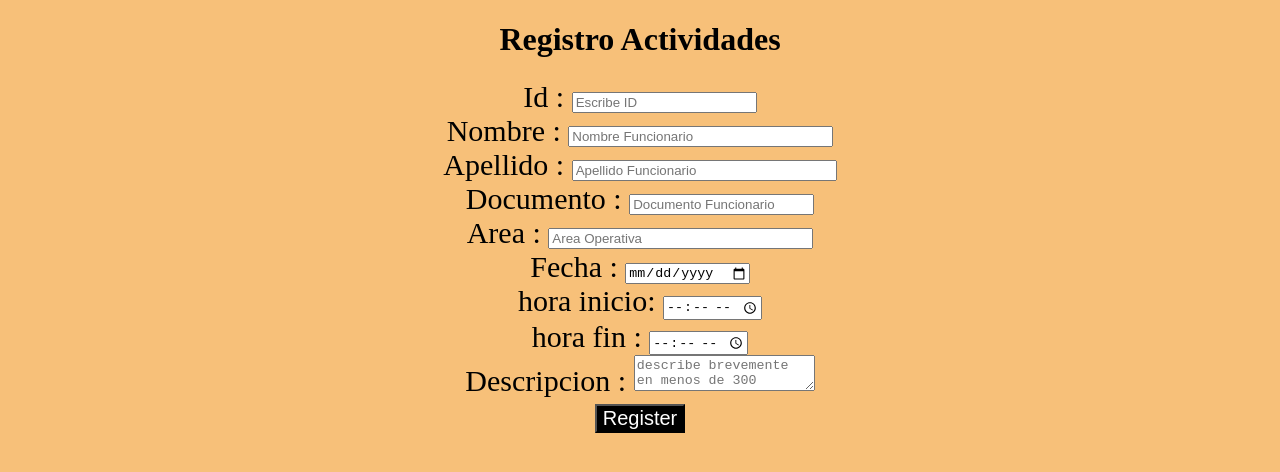
Repository: Yale2024/repo-registro-act
Page: templates/register.html
An editor plug-in stored every save of this project. The page is shown before and after the next save, followed by the edit.
The browser window is 1280 px wide. The pictures show the whole page.

Above is the page before, as saved 2024-09-15 07:29:22.

### templates/register.html
<!DOCTYPE html>
<html lang="en">

<head>
    <meta charset="UTF-8">
    <meta name="viewport" content="width=device-width, initial-scale=1.0">
    <link rel="stylesheet" href="static/css/styleRegister.css">
    <script src="static/js/appRegister.js"></script>
    <title>Web App</title>
</head>
<body></body>
    <h1><center>Registro Actividades</center></h1>
    <form action="/register_user" method="POST">
    <!-- <form method="POST"> -->
        <label for="id">Id       :</label>
        <input type="number"  size="30" name="id" id="Id" placeholder="Escribe ID" required /> <br>
        <label for="nombre">Nombre    :</label>
        <input type="text" size="30" name="nombre" id="nombre" placeholder="Nombre Funcionario" required /> <br>
        <label for="apellido">Apellido  :</label>
        <input type="text" size="30" name="apellido" id="apellido" placeholder="Apellido Funcionario" required /> <br>
        <label for="documento">Documento  :</label>
        <input type="number" size="30" name="documento" id="documento" placeholder="Documento Funcionario" required /> <br>
        <label for="are">Area      :</label>
        <input type ="text" size="30" name="area" id="area" placeholder="Area Operativa" required /> <br>
        <label for="fecha">Fecha     :</label>
        <input type ="date" size="30" name="fecha" id="fecha" placeholder="AAAA-MM-DD" required /> <br>
        <label for="horai">hora inicio:</label>
        <input type ="time" size="30" name="horai" id="horai" placeholder="hh:mm" required /> <br>
        <label for="horaf">hora fin  :</label>
        <input type ="time" size="30" name="horaf" id="horaf" placeholder="hh:mm" required /> <br>
        <label for="mensaje">Descripcion   :</label>
        <textarea name="descripcion" size="300" for="descripcion" placeholder="describe brevemente en menos de 300 carácteres" maxlength="300"></textarea> <br>
        <button>Register</button>
        <!-- <button onclick="register_user()">Register</button> -->
        <!-- <input type="submit" name="enviar" value="enviar datos"/> -->
    </form>
</body>

### static/css/styleRegister.css
form{
    text-align: center;
    font-size: 30px;
}

body{
    background-color: #f7bb6dea;
}

button{
    background-color: black;
    color: white;
    font-size:  20px;
}

### static/js/appRegister.js
function register_user() {
    location.href= '/register_user'
}

After the next save:
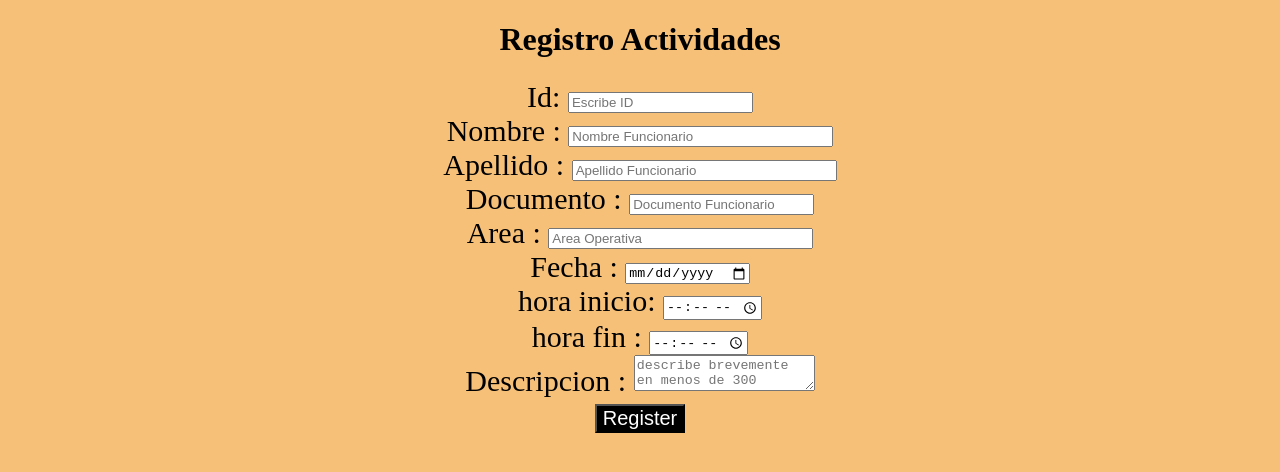
Saved 48 s later.
--- a/templates/register.html
+++ b/templates/register.html
@@ -12,7 +12,7 @@
     <h1><center>Registro Actividades</center></h1>
     <form action="/register_user" method="POST">
     <!-- <form method="POST"> -->
-        <label for="id">Id       :</label>
+        <label for="id">Id:</label>
         <input type="number"  size="30" name="id" id="Id" placeholder="Escribe ID" required /> <br>
         <label for="nombre">Nombre    :</label>
         <input type="text" size="30" name="nombre" id="nombre" placeholder="Nombre Funcionario" required /> <br>

After the save that followed:
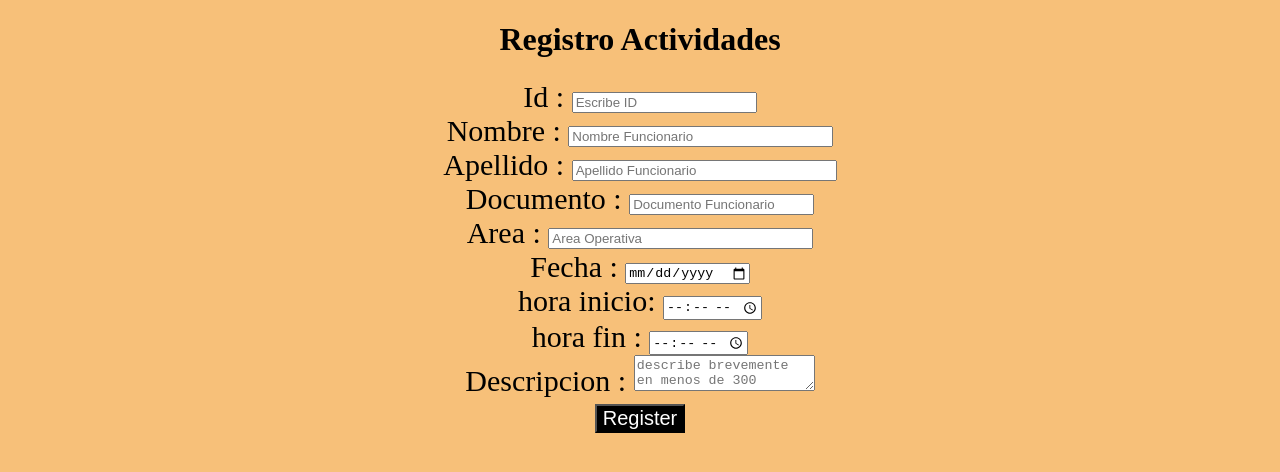
Saved 44 s later.
--- a/templates/register.html
+++ b/templates/register.html
@@ -12,7 +12,7 @@
     <h1><center>Registro Actividades</center></h1>
     <form action="/register_user" method="POST">
     <!-- <form method="POST"> -->
-        <label for="id">Id:</label>
+        <label for="id">Id :</label>
         <input type="number"  size="30" name="id" id="Id" placeholder="Escribe ID" required /> <br>
         <label for="nombre">Nombre    :</label>
         <input type="text" size="30" name="nombre" id="nombre" placeholder="Nombre Funcionario" required /> <br>
